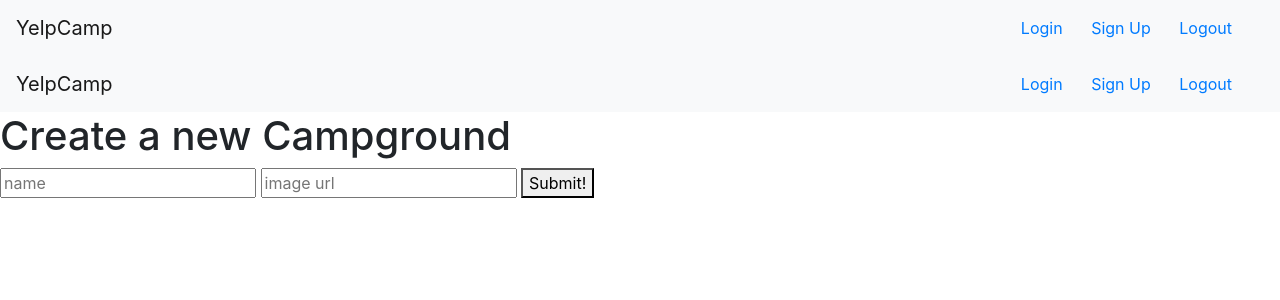
Repository: manojsatya/YelpCamp
Page: http://localhost/campgrounds/new
An editor plug-in stored every save of this project. The page is shown before and after the next save, followed by the edit.
The browser window is 1280 px wide. The pictures show the whole page.
The page is served by the project's Node server (app.js).

Above is the page before, as saved 2019-06-14 17:42:54.
Console error: TypeError: Cannot read properties of undefined (reading 'fn')

After the next save:
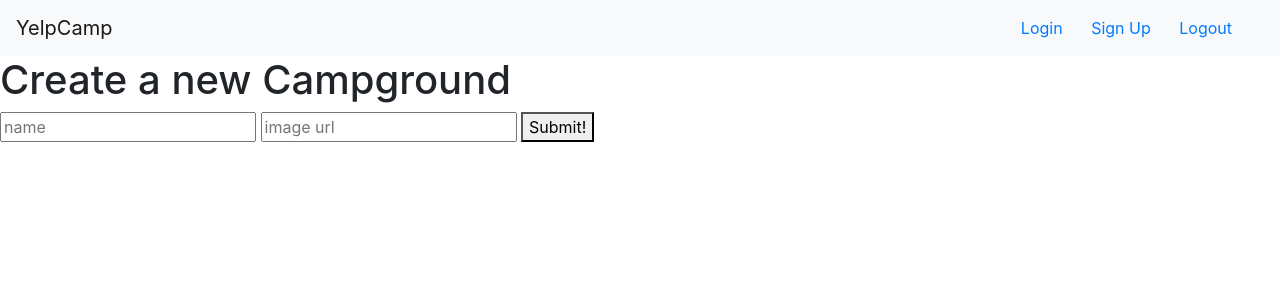
Saved 48 s later.
--- a/views/new.ejs
+++ b/views/new.ejs
@@ -1,14 +1,6 @@
 <% include partials/header %>
 
-<nav class="navbar navbar-light bg-light">
-        <a class = "navbar-brand" href="">YelpCamp</a>
-        <div class="navbar-right mr-sm-2">
-            <a class = "mr-sm-4" href="">Login</a>
-            <a class = "mr-sm-4" href="">Sign Up</a>
-            <a class = "mr-sm-4" href="">Logout</a>
-        </div>
 
-    </nav>
 
 <h1>Create a new Campground</h1>
 
